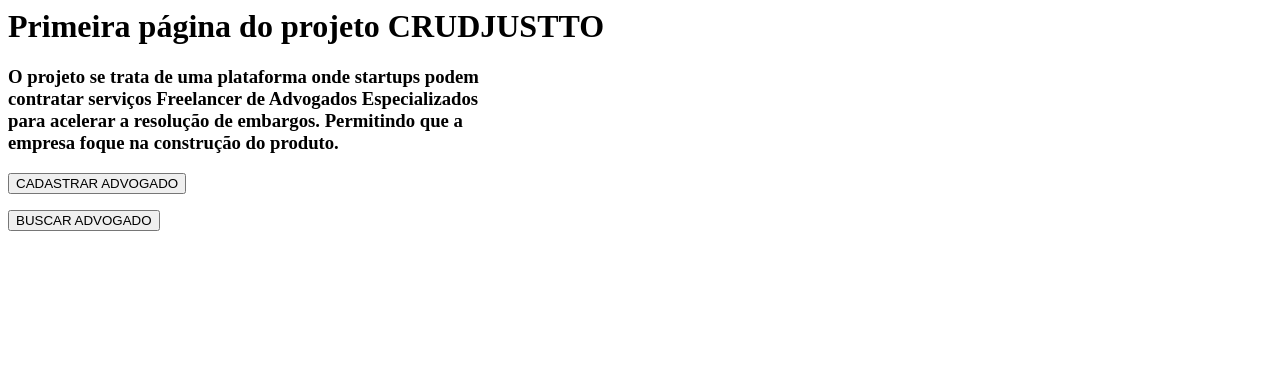
Repository: Natan16/CRUDJUSTTO
Page: CRUDJUSTTOWEB/WebContent/index.html
These files come from the project's save history. The page is drawn as it stood at one moment and after the next save; the edit follows.
The browser window is 1280 px wide. The pictures show the whole page.

Above is the page before, as saved 2019-09-01 03:01:02.

### CRUDJUSTTOWEB/WebContent/index.html
<html>
	<head>
		<title>Projeto CRUDJUSTTO</title>
	</head>
	<body>
		<h1>Primeira página do projeto CRUDJUSTTO</h1>
		<h3>
			<p>
				O projeto se trata de uma plataforma onde startups podem <br>
				contratar serviços Freelancer de Advogados Especializados<br>
				para acelerar a resolução de embargos. Permitindo que a <br>
				empresa foque na construção do produto.
			</p>

		</h3>
		<form action="adiciona-advogado.jsp" method="post">
			<input type="submit" value="CADASTRAR ADVOGADO" >
		</form>

		<form action="consulta-advogado.jsp" method="post">
			<input type="submit" value="BUSCAR ADVOGADO" >
		</form>


	</body>
</html>

### CRUDJUSTTOWEB/WebContent/Estilo.css


form , body{
    font-family: Verdana,Tahoma,sans-serif;
    font-size: 15px;
    background-color: #CC3300;
    max-width: 500px;
}

h1 {
    margin-bottom: 20px;
    margin-left: 20px;
    color: #66FFFF;
    text-shadow: 5px 5px 5px black;
}

select {
	width: 70px;
    padding: 10px;
    color: black;
    margin-left: 20px;
    -webkit-border-radius: 5px;
    -moz-border-radius: 5px;
    border: 1px solid;
}

input, textarea {
    width: 200px;
    padding: 10px;
    color: black;
    margin-left: 20px;
    -webkit-border-radius: 5px;
    -moz-border-radius: 5px;
    border: 1px solid;
}

input:hover, textarea:hover, input:focus, textarea:focus {
    border-color: #000066;
    box-shadow: 5px 0px 9px #FFFF00;
    background-color: #66FFFF;
    color: black;
    font-weight: bold;
}

.submit input {
    background-color: #66FFFF;
    height: 40px;
    width: 100px;
    font-weight: bold;
    border-radius: 5px;
    -webkit-border-radius: 5px;
    -moz-border-radius: 5px;
    border: 1px solid;
    color: black;
}

textarea {
    width: 400px;
    height: 120px;
    line-height: 20px;
    max-width: 400px;
}

form label {
    margin-left: 20px;
    color: #FFFFFF;
    font-weight: bold;
}

After the next save:
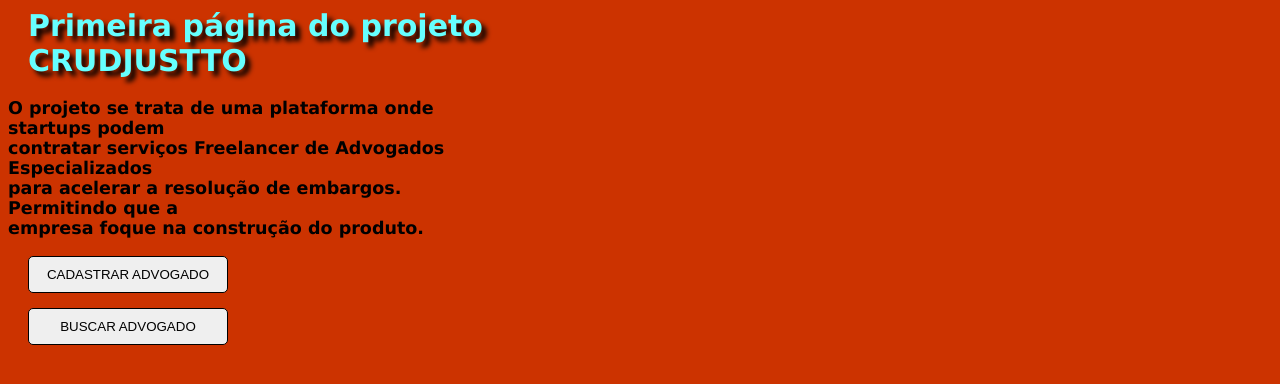
Saved 12 s later.
--- a/CRUDJUSTTOWEB/WebContent/index.html
+++ b/CRUDJUSTTOWEB/WebContent/index.html
@@ -1,6 +1,7 @@
 <html>
 	<head>
 		<title>Projeto CRUDJUSTTO</title>
+		<link href="Estilo.css" rel="stylesheet" media="all" />
 	</head>
 	<body>
 		<h1>Primeira página do projeto CRUDJUSTTO</h1>
